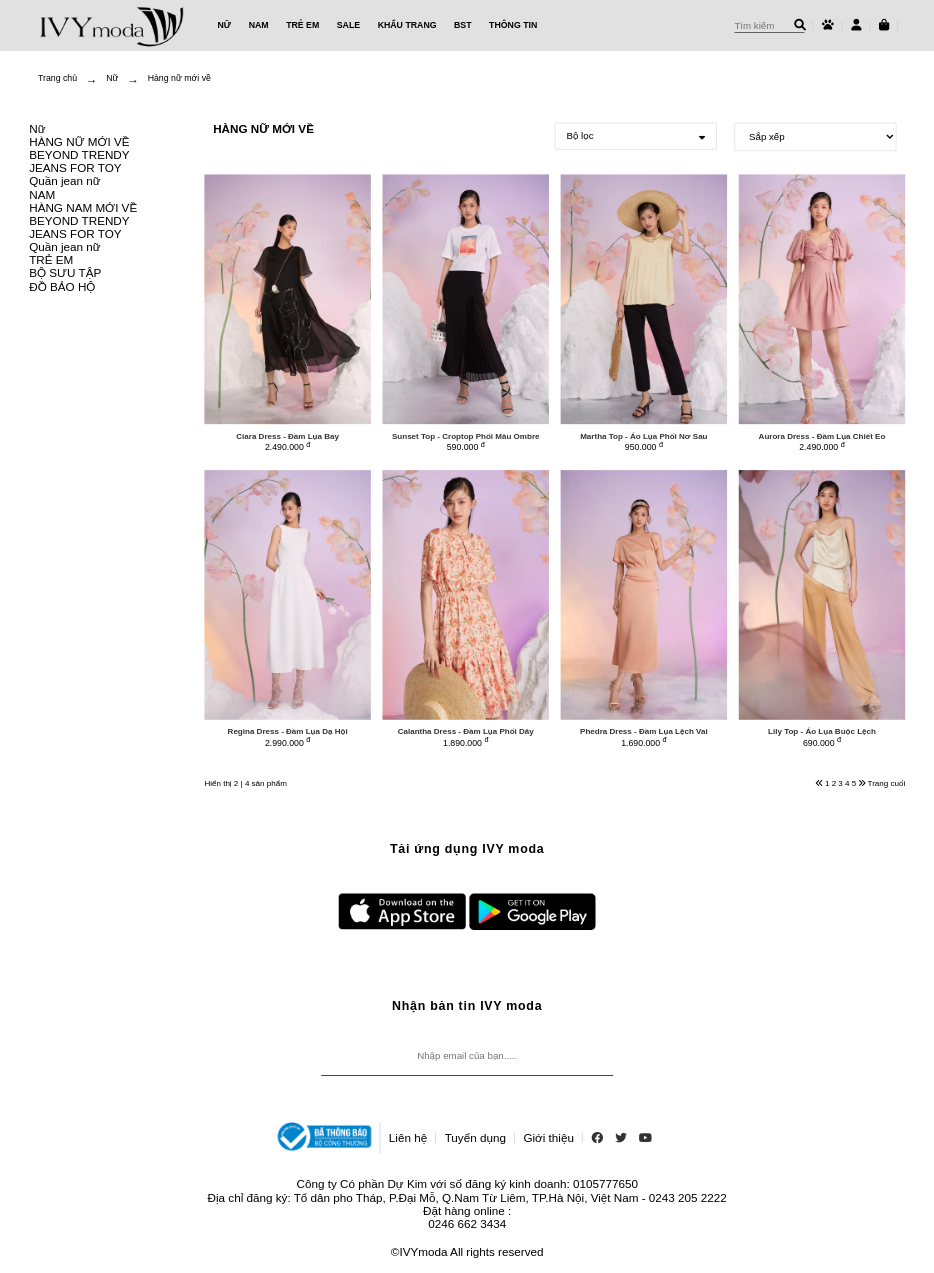
Repository: dinhvanbinh2310/ivy-moda
Page: cartegory.html
The author's editor kept a copy of each file at every save. The page is drawn from the files as they stood at one save, then again after the next save.
The browser window is 1280 px wide. The pictures show the whole page, at 73% of full size.

Above is the page before, as saved 2022-05-03 20:33:15.

### cartegory.html
<!DOCTYPE html>
<html lang="en">

<head>
    <meta charset="UTF-8">
    <meta http-equiv="X-UA-Compatible" content="IE=edge">
    <meta name="viewport" content="width=device-width, initial-scale=1.0">
    <link rel="stylesheet" href="./fontawesome-free-6.1.1-web/css/all.css">
    <link rel="stylesheet" href="./style.css">
    <title>IVY moda</title>
</head>
<header>
  <div class="logo">
      <img src="./Images/logo.png" alt="logo" class="logo">
  </div>
  <div class="menu">
      <li><a href="">NỮ</a>
          <ul class="sub-menu">
              <li> <a href="">Hàng mới về</a>
              </li>
              <li> <a href="">Collection</a>
              </li>
              <li> <a href=""> Áo</a>
                  <ul>
                      <li> <a href="">Áo sơ mi</a>
                      </li>
                      <li> <a href="">Áo thun</a>
                      </li>
                      <li> <a href="">Áo khoác</a>
                      </li>
                      <li> <a href="">Áo len</a>
                      </li>
                  </ul>
              </li>
              <li> <a href="">Quần</a>
                  <ul>
                      <li> <a href="">Quần jean</a>
                      </li>
                      <li> <a href="">Quần lửng</a>
                      </li>
                      <li> <a href="">Quần dài</a>
                      </li>

                  </ul>
              </li>
          </ul>
      </li>
      <li><a href="">NAM</a>
      </li>
      <li><a href="">TRẺ EM</a>
      </li>
      <li><a href="">SALE</a>
      </li>
      <li><a href="">KHẨU TRANG</a>
      </li>
      <li><a href="">BST</a>
      </li>
      <li><a href="">THÔNG TIN</a>
      </li>
  </div>
  <div class="others">
      <li>
          <input placeholder="Tìm kiếm" type="text"> <i class="fa-solid fa-magnifying-glass"></i>
      </li>
      <li>
          <a class="fa-solid fa-paw" href=""></a>
      </li>
      <li>
          <a class="fa-solid fa-user" href=""></a>
      </li>
      <li>
          <a class="fa-solid fa-bag-shopping" href=""></a>
      </li>
  </div>
</header>
<!------------------------------Cartegory---------------------------------->
<section class="cartegory">
    <div class="container">
        <div class="cartegory-top row">
            <p>Trang chủ</p> <span>&#8594;</span> <p>Nữ</p> <span>&#8594;</span> <p>Hàng nữ mới về</p>
        </div>
    </div>
    <div class="container">
        <div class="row">
            <div class="cartegory-left">
                <ul>
                    <li class="cartegory-left-li"><a href="">Nữ</a>
                    <ul>
                        <li><a href="">HÀNG NỮ MỚI VỀ</a></li>
                        <li><a href="">BEYOND TRENDY</a></li>
                        <li><a href="">JEANS FOR TOY</a></li>
                        <li><a href="">Quần jean nữ</a></li>
                    </ul>
                    </li>
                    <li class="cartegory-left-li"><a href="">NAM</a>
                        <ul>
                            <li><a href="">HÀNG NAM MỚI VỀ</a></li>
                            <li><a href="">BEYOND TRENDY</a></li>
                            <li><a href="">JEANS FOR TOY</a></li>
                            <li><a href="">Quần jean nữ</a></li>
                        </ul>
                    </li>
                    <li class="cartegory-left-li"><a href="">TRẺ EM</a></li>
                    <li class="cartegory-left-li"><a href="">BỘ SƯU TẬP</a></li>
                    <li class="cartegory-left-li"><a href="">ĐỒ BẢO HỘ</a></li>
                </ul>
            </div>
            <div class="cartegory-right row">
                <div class="cartegory-right-top-item">
                    <p>HÀNG NỮ MỚI VỀ</p>
                </div>
                <div class="cartegory-right-top-item">
                   <button><span>Bộ lọc</span> <i class="fa-solid fa-sort-down"></i></button>
                </div>
                <div class="cartegory-right-top-item">
                    <select name="" id="">
                        <option value="">Sắp xếp</option>
                        <option value="">Giá cao đến thấp</option>
                        <option value="">Giá thấp đến cao</option>
                    </select>
                </div>
                <div class="cartegory-right-content row">
                    <div class="cartegory-right-content-item">
                        <img src="./Images/product1.jpg" alt="">
                        <h1>Ciara Dress - Đầm Lụa Bay</h1>
                        <p>2.490.000 <sup>đ</sup></p>
                    </div>
                    <div class="cartegory-right-content-item">
                        <img src="./Images/product2.jpg" alt="">
                        <h1>Sunset Top - Croptop Phối Màu Ombre</h1>
                        <p>590.000 <sup>đ</sup></p>
                    </div>
                    <div class="cartegory-right-content-item">
                        <img src="./Images/product3.jpg" alt="">
                        <h1>Martha Top - Áo Lụa Phối Nơ Sau</h1>
                        <p>950.000 <sup>đ</sup></p>
                    </div>
                    <div class="cartegory-right-content-item">
                        <img src="./Images/product4.jpg" alt="">
                        <h1>Aurora Dress - Đầm Lụa Chiết Eo</h1>
                        <p>2.490.000 <sup>đ</sup></p>
                    </div>
                    <div class="cartegory-right-content-item">
                        <img src="./Images/product5.jpg" alt="">
                        <h1>Regina Dress - Đầm Lụa Dạ Hội</h1>
                        <p>2.990.000 <sup>đ</sup></p>
                    </div>
                    <div class="cartegory-right-content-item">
                        <img src="./Images/product6.jpg" alt="">
                        <h1>Calantha Dress - Đầm Lụa Phối Dây</h1>
                        <p>1.890.000 <sup>đ</sup></p>
                    </div>
                    <div class="cartegory-right-content-item">
                        <img src="./Images/product7.jpg" alt="">
                        <h1>Phedra Dress - Đầm Lụa Lệch Vai</h1>
                        <p>1.690.000 <sup>đ</sup></p>
                    </div>
                    <div class="cartegory-right-content-item">
                        <img src="./Images/product8.jpg" alt="">
                        <h1>Lily Top - Áo Lụa Buộc Lệch</h1>
                        <p>690.000 <sup>đ</sup></p>
                    </div>
                    <div class="cartegory-right-bottom row">
                        <div class="cartegory-right-bottom-items">
                            <p>Hiển thị 2 <span>|</span> 4 sản phẩm </p>
                        </div>
                        <div class="cartegory-right-bottom-items">
                            <p><span> <i class="fa-solid fa-angles-left"></i></span> 1 2 3 4 5 <span><i class="fa-solid fa-angles-right"></i></span> Trang cuối</p>
                        </div>
                    </div>
                </div>
            </div>
      </div>
    </div>
</section>
<!------------------------------Footer---------------------------------->
<section class="app-container">
  <p>Tải ứng dụng IVY moda</p>
  <div class="app-google">
      <img src="./Images/appstore.png" alt="">
      <img src="./Images/googleplay.png" alt="">
  </div>
  <p>Nhận bản tin IVY moda</p>
  <input type="text" placeholder="Nhập email của bạn.....">
</section>

<div class="footer-top">
  <li>
      <a href=""> <img src="./Images/img-congthuong.png" alt="">
      </a>
  </li>
  <li>Liên hệ</li>
  <li>Tuyển dụng</li>
  <li>Giới thiệu</li>
  <li>
      <a href="" class="fa-brands fa-facebook"></a>
      <a href="" class="fa-brands fa-twitter"></a>
      <a href="" class="fa-brands fa-youtube"></a>
  </li>
</div>
<div class="footer-center">

  <p>
      Công ty Có phần Dự Kim với số đăng ký kinh doanh: 0105777650
      <br> Địa chỉ đăng ký: Tổ dân pho Tháp, P.Đại Mỗ, Q.Nam Từ Liêm, TP.Hà Nội, Việt Nam - 0243 205 2222
      <br> Đặt hàng online :
      <br>0246 662 3434
      <br>
  </p>
</div>
<div class="footer-bottom">
  ©IVYmoda All rights reserved
</div>
</body>
</html>

### style.css
*{
  margin: 0;
  padding: 0;
  box-sizing: border-box;
  font-family: Arial, Helvetica, sans-serif;
}
li{
  list-style: none;
}
a{
  text-decoration: none;
  color: #000;
}
header{
  display: flex;
  justify-content: space-between;
  height: 70px;
  padding: 12px 50px;
  align-items: center;
  position: fixed;
  top: 0;
  left: 0;
  z-index: 1;
  background:#DDDDDDDD;
  width: 100%;
}

.logo{
  flex: 1;
  padding-top: 10px;
 size: 5px;
}
.menu{
  flex: 3;
  display: flex;
}
.menu > li{
  padding: 0 12px;
  position: relative;
}
.menu  li a{
  font-size: 12px;
  font-weight: bold;
  display: block;
  line-height: 20px;
}
.menu > li:hover .sub-menu{
  visibility: visible;
  top: 45px;
}
.sub-menu{
  position: absolute;
  width: 150px;
  border: 1px solid #ccc;
  padding: 10px 0 10px 20px;
  visibility: hidden;
  top: 75px;
  transition: 0.3s;
  z-index: 1;
  background-color: #fff;
}
.sub-menu ul{
  padding-left: 20px;
}
.sub-menu li a{
  font-size: 12px;
  font-weight: normal;
}

.others{
  flex: 1;
  display: flex;
}
.others > li{
  padding: 0 12px;
  position: relative;
}
.others>li::after{
  content: "";
  display: block;
  width: 1px;
  height: 75%;
  background: #cccccc;
  position: absolute;
  right: 0;
  top: 50%;
  transform: translateY(-50%);
}
.others > li:first-child{
  position: relative;

}
.others > li:first-child input{
  width: 100%;
  height: 100%;
  background: #0000;
  border: none;
  border-bottom:1px solid #333 ;
}
.others > li:first-child i{
position: absolute;
right: 10px;
}
.sliders{
  overflow: hidden;
}
.aspect-ratio-169 {
  display: block;
  position: relative;
  padding-top: 56.25%;
  transition: 0.3s;
}
.aspect-ratio-169 img {
  display: block;
  position: absolute;
  width: 100%;
  height: 100%;
  top: 0;
  left: 0;
}
.dot-container{
  position:absolute;
  height: 30px;
  width: 100%;
  display: flex;
  justify-content: center;
  padding-top: 10px;
}
.dot{
  height: 16px;
  width: 16px;
  background-color: #ccc;
  border-radius: 50%;
  margin-right: 12px;
  cursor: pointer;
}
.dot.active{
  background-color: #333;
}
/* -------------------------------app---------------------------- */
.app-container{
  text-align: center;
  align-items: center;
  padding: 15px 0 50px 0;
}
.app-google{
  margin:50px;
}
.app-google img{
  height: 50px;
  cursor: pointer;
}
.app-container p{
line-height: 20px;
letter-spacing: 1px;
font-size: 17px;
color:#000;
font-weight: bold;
padding-top: 40px;
}
.app-container input{
  margin-top: 50px;
  border: none;
  border-bottom: 1px solid #000;
  padding-bottom: 20px;
  width: 400px;
  text-align: center;
  outline: none;
}
.footer{
  text-align: center;
}
.footer-top{
  display: flex;
  text-align: center;
  justify-content: center;
  align-items: center;
  margin-bottom: 20px;
  height: 70px;
}
.footer-top img{
  height: 50px;
}
.footer-top li{
  padding: 0 12px;
  position: relative;
}
.footer-top li::after{
  content:"";
  display: block;
  width: 1px;
  height: 80%;
  background-color: #cccccc;
  position: absolute;
  right: 0;
  top: 50%;
  transform: translateY(-50%);
}
.footer-top li:last-child::after{
  display: none;
}
.footer-top li:last-child a{
margin-right: 12px;
color:#333;
}
.footer-center{
  text-align: center;
}
.footer-bottom{
  margin: 20px 0;
  text-align: center;
}
/* Cartegory */
.cartegory{
  padding: 100px 0 0;
}
.container{
  max-width: 1200px;
  margin: auto;
}
.row{
  display: flex;
  flex-wrap: wrap;
}
.cartegory-top{
  margin-bottom: 50px;
}
.cartegory-top p{
  font-family: Arial, Helvetica, sans-serif;
margin: 0 12px;
font-size: 12px;
}
.cartegory-left{
  width: 20%;
}
.cartegory-right{
  width: 80%;
}
.cartegory-right-top-item:first-child{
  flex: 2;
font-size: 16px;
font-family: Arial, Helvetica, sans-serif;
font-weight: bold;
}
.cartegory-right-top-item{
  flex: 1;
  padding: 0 12px;
}
.cartegory-right-top-item button{
  width: 100%;
  padding: 10px 15px;
  display: flex;
  justify-content: space-between;
  background-color: #ffff;
  border: 1px solid #dddd;
  cursor: pointer;
}
.cartegory-right-top-item select{
  width: 100%;
  padding: 10px 15px;
  display: flex;
  justify-content: space-between;
  background-color: #ffff;
  border: 1px solid #dddd;
  cursor: pointer;
}
.cartegory-right-content{
  margin-top: 20px;
  justify-content: space-between;
}
.cartegory-right-content-item{
  width: calc(25% - 12px);
  text-align: center;
  padding: 12px 0;
}
.cartegory-right-content-item h1{
  font-size: 11px;
font-family: Arial, Helvetica, sans-serif;
  margin-top: 6px;
  color: #333333;
}
.cartegory-right-content-item img{
  width: 100%;
}
.cartegory-right-content-item p{
  font-size: 12px;
}
.cartegory-right-bottom{
  justify-content: space-between;
  margin: 30px 0 20px;
  width: 100%;
}
.cartegory-right-bottom p{
  font-family: Arial, Helvetica, sans-serif;
font-size: 11px;
}

Loaded but not shown: fontawesome-free-6.1.1-web/css/all.css (library)

After the next save:
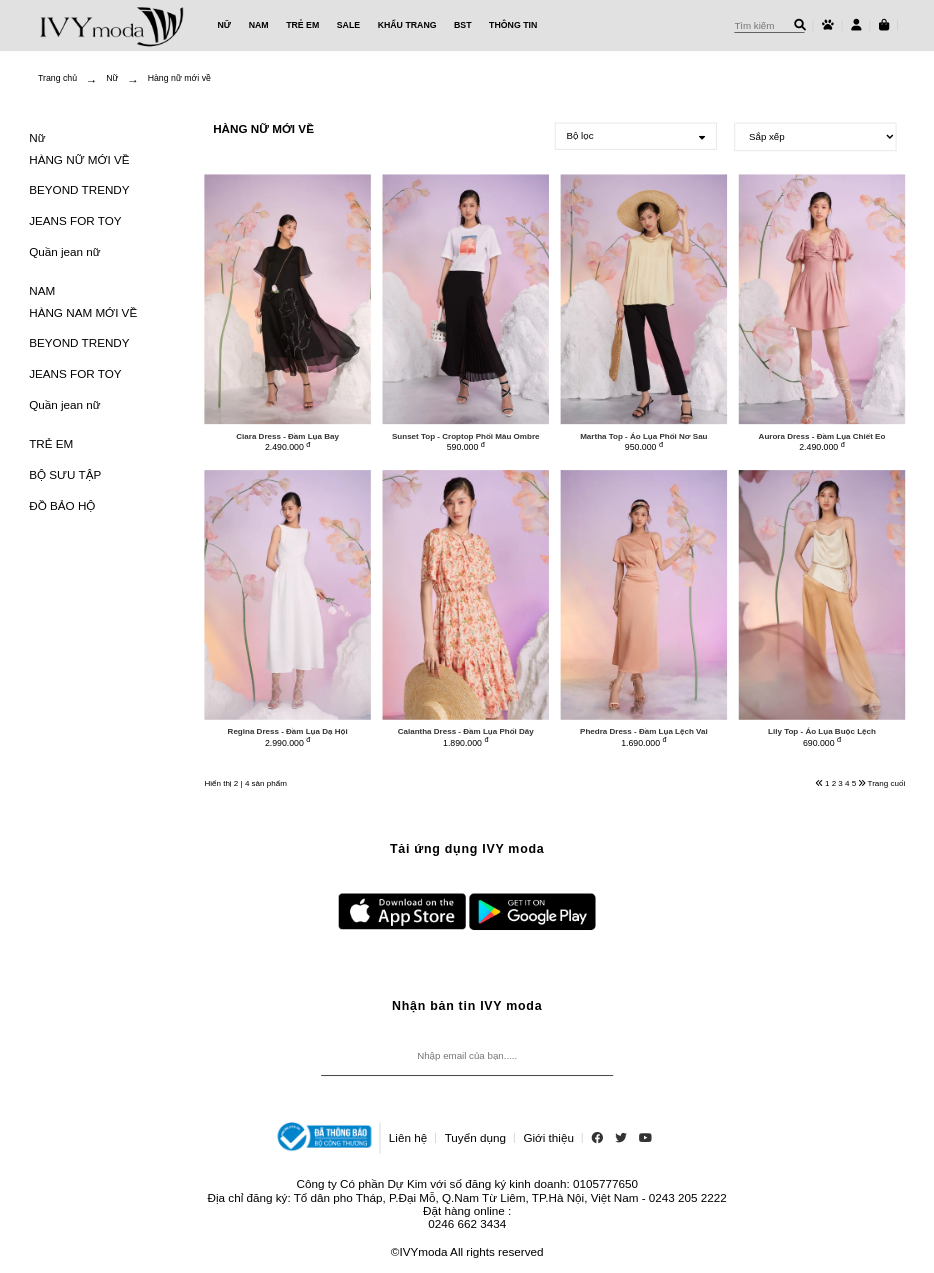
Saved 22 min 25 s later.
--- a/style.css
+++ b/style.css
@@ -294,3 +294,6 @@
   font-family: Arial, Helvetica, sans-serif;
 font-size: 11px;
 }
+.cartegory-left ul li{
+  padding: 12px 0;
+}
